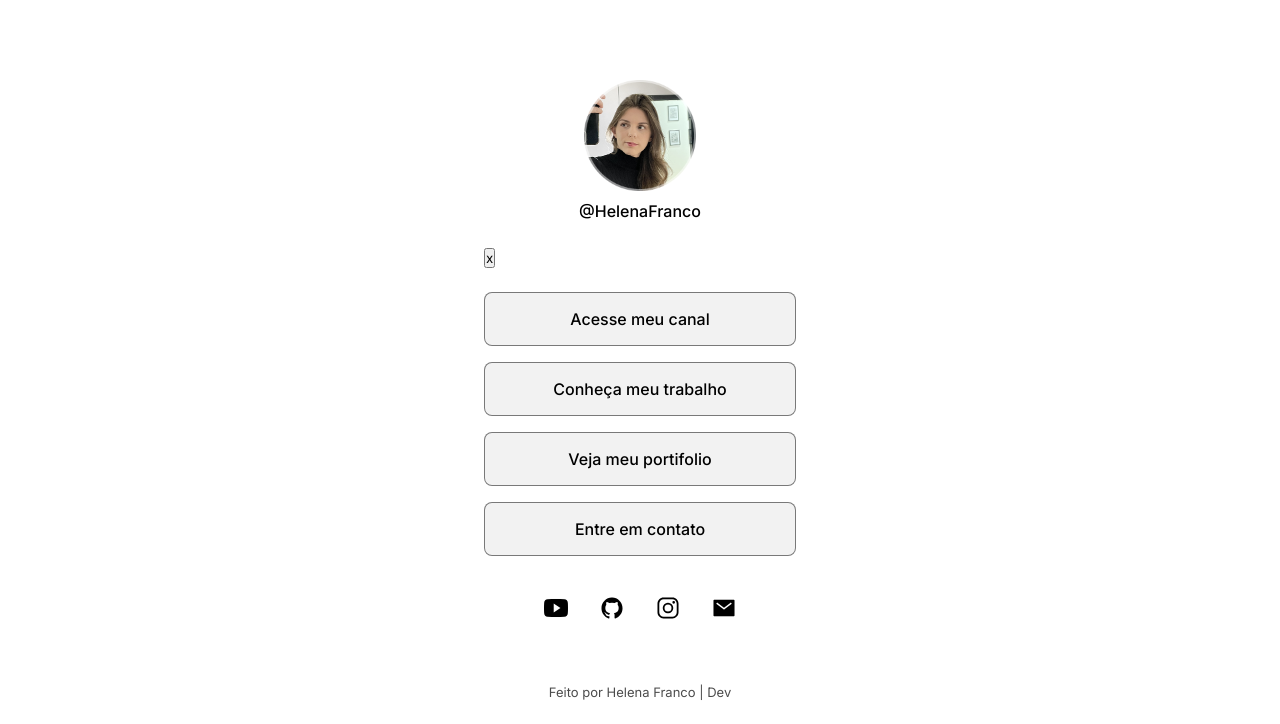
Repository: Fr4nc021/Pagina-de-links-
Page: index.html
The author's editor kept a copy of each file at every save. The page is drawn from the files as they stood at one save, then again after the next save.
The browser window is 1280 px wide. The pictures show the whole page.

Above is the page before, as saved 2025-02-13 22:13:39.

After the next save:
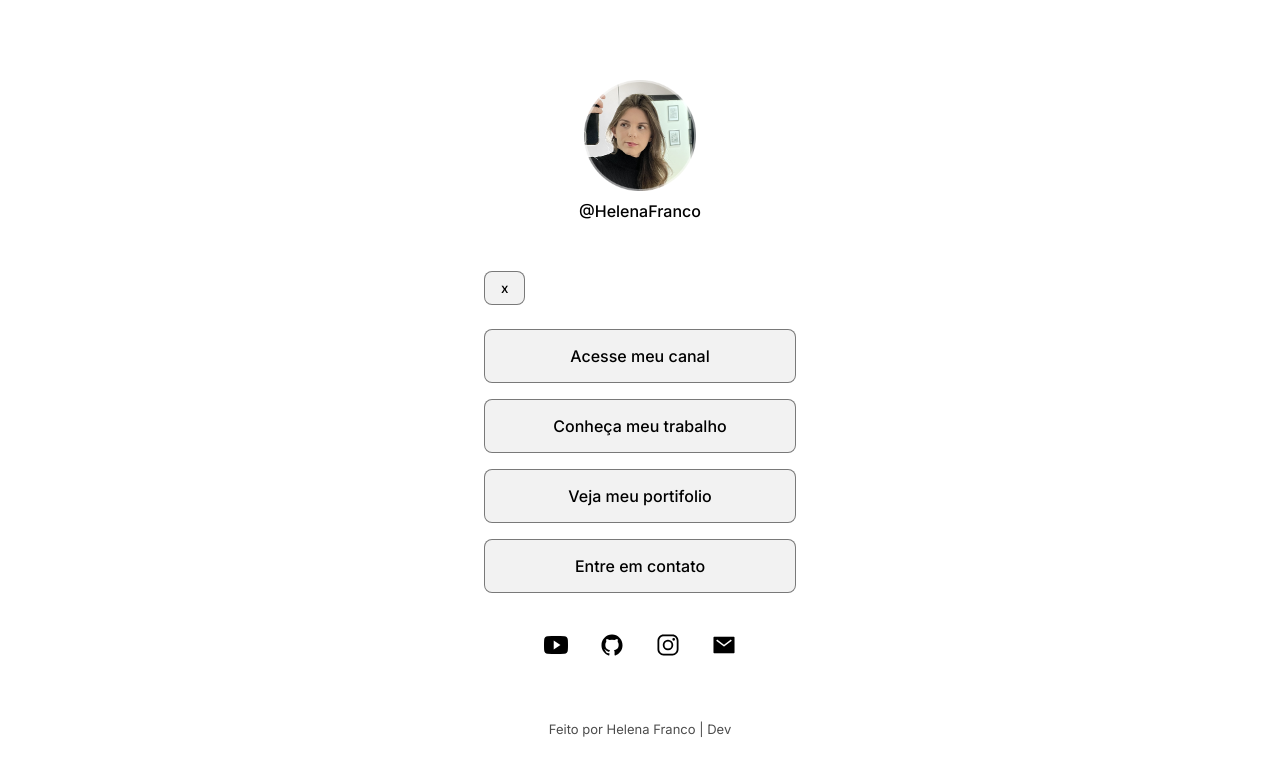
Saved 2 min 48 s later.
--- a/style.css
+++ b/style.css
@@ -56,6 +56,27 @@ body * {
     font-weight: 500;
     line-height: 24px;
     margin-top: 8px;
+}
+
+#switch button {
+    display: flex;
+    align-items: center;
+    justify-content: center;
+
+    padding: 8px 16px;
+    margin-top: 24px;
+
+    background: var(--surface-color);
+    border: 1px solid var(--strock-color);
+    border-radius: 8px;
+
+    -webkit-backdrop-filter: blur(4px);
+    backdrop-filter: blur(4px);
+
+    text-decoration: none;
+    font-weight: 500;
+
+    transition: background 0.2s;
 }
 
 /* Links */
